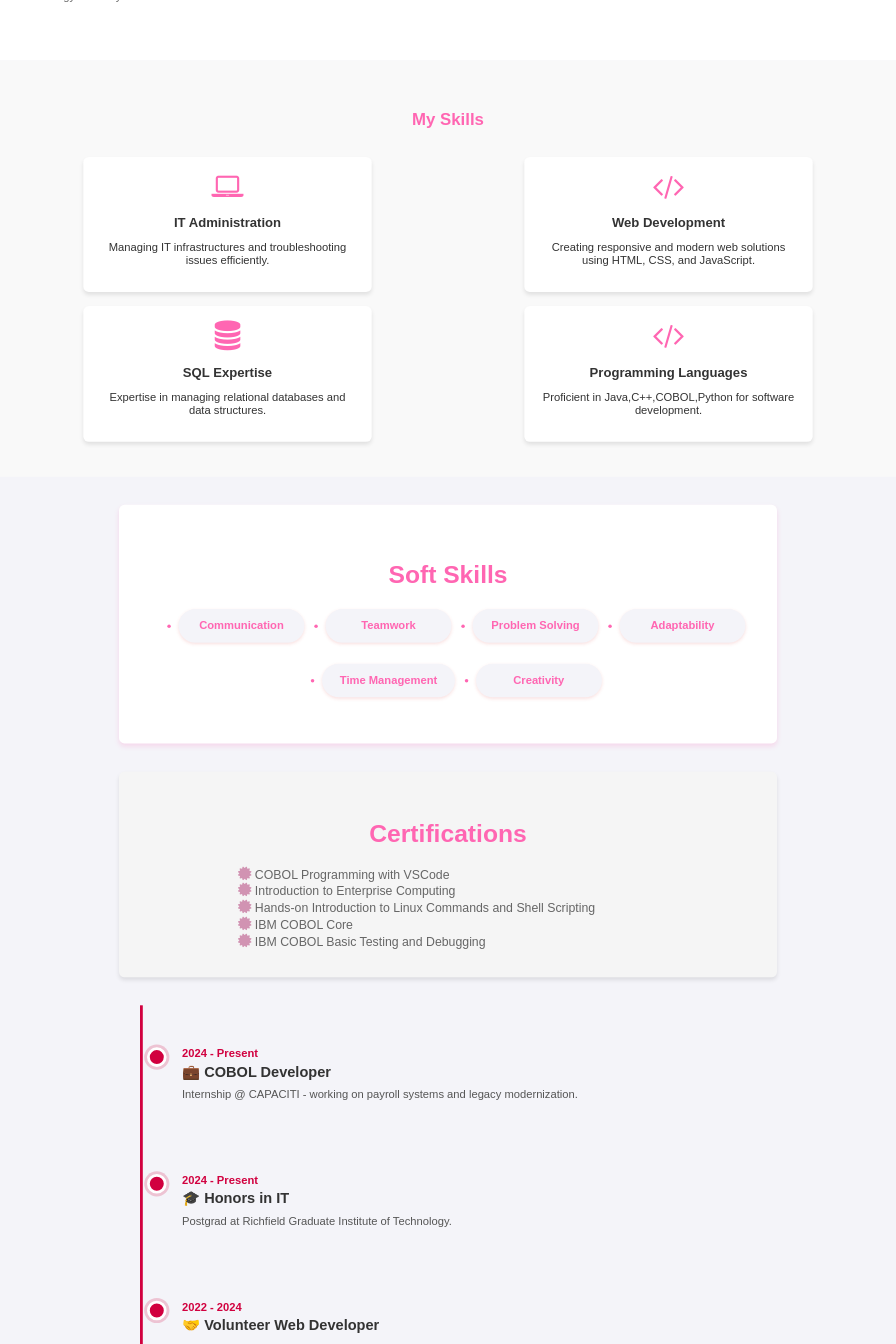
Repository: asandan8106/Asanda-sPortfolio
Page: Portfolio/About.html
These files come from the project's save history. The page is drawn as it stood at one moment and after the next save; the edit follows.
The browser window is 1280 px wide. The pictures show the part of the page from y = 793 to 2713 px (the page is 3413 px tall before and 3005 px after), at 70% of full size.

Above is the page before, as saved 2025-05-19 09:55:38.
Console error: ReferenceError: Typed is not defined

### Portfolio/About.html
<!DOCTYPE html>
<html lang="en">
<head>
    <meta charset="UTF-8">
    <meta name="viewport" content="width=device-width, initial-scale=1.0">
    <title>Portfolio - About</title>
    <link rel="stylesheet" href="https://cdnjs.cloudflare.com/ajax/libs/font-awesome/4.7.0/css/font-awesome.min.css">
       <link rel="stylesheet" href="styles/CSS/about.css" />
</head>
<body>
    <link href="https://fonts.googleapis.com/css2?family=Fira+Code&display=swap" rel="stylesheet">

    <!-- Navigation Bar -->
    <header>
        <nav class="navbar">
            <div class="icon-bar">
                <a href="index.html"><i class="fa fa-home"></i><span>Home</span></a>
                <a href="About.html"><i class="fa fa-user"></i><span>About</span></a>
                <a href="project.html"><i class="fa fa-folder"></i><span>Projects</span></a>
                <a href="contact.html"><i class="fa fa-envelope"></i><span>Contact</span></a>
                <a href="chatbot.html"><i class="fa fa-wechat"></i><span>Chatbot</span></a>
            </div>
        </nav>
    </header>


    <!-- Hero Section -->
    <section class="hero-section">
        <div class="text">
            <h1>Welcome to My About Page</h1>
            <p>Discover more about my journey, skills, and experiences as a dedicated IT professional.</p>
        </div>
        <img src="images/picture.webp" alt="Your Photo">
    </section>

    <!-- About Section -->
    <section class="about-section">
        <div class="content">
            <h2>Profile Summary</h2>
            <p>
               Technology has never been just a job for me—it’s a playground where I get to transform complex challenges into practical solutions that genuinely make life easier. I thrive on crafting systems that aren’t just efficient and reliable but intuitive enough to simplify the everyday for users. A recent project I’m proud of is a payroll system that effortlessly handles everything from salary calculations to tax deductions, freeing businesses from tedious manual work and helping them run smoother. I’m detail-driven but always keep the bigger picture in mind, making sure every piece fits perfectly together—solid in its foundation and seamless in its experience. After all, debugging is just like being a detective in a crime movie where you are also the murderer! It’s this balance that fuels my passion and keeps me motivated to create technology that truly makes a difference.


            </p>
        </div>
        <div class="highlights">
            <h2>Key Highlights</h2>
            <ul>
                <li><i class="fa fa-check-circle"></i>Turning tech headaches into smooth experiences..</li>
                <li><i class="fa fa-check-circle"></i> Built systems that actually make life easier (ask my payroll project)...</li>
                <li><i class="fa fa-check-circle"></i> Tech that works, not just looks good.</li>
            </ul>
        </div>
    </section>

    <!-- Skills Section -->
    <section class="skills-section">
        <h2>My Skills</h2>
        <div class="skills-container">
            <div class="skill-card">
                <div class="icon"><i class="fa fa-laptop"></i></div>
                <h3>IT Administration</h3>
                <p>Managing IT infrastructures and troubleshooting issues efficiently.</p>
            </div>
            <div class="skill-card">
                <div class="icon"><i class="fa fa-code"></i></div>
                <h3>Web Development</h3>
                <p>Creating responsive and modern web solutions using HTML, CSS, and JavaScript.</p>
            </div>
            <div class="skill-card">
                <div class="icon"><i class="fa fa-database"></i></div>
                <h3>SQL Expertise</h3>
                <p>Expertise in managing relational databases and data structures.</p>
            </div>
            <div class="skill-card">
                <div class="icon"><i class="fa fa-code"></i></div>
                <h3>Programming Languages</h3>
                <p>Proficient in Java,C++,COBOL,Python for software development.</p>
            </div>
        </div>
    </section>
<section class="soft-skills-section">
    <h2>Soft Skills</h2>
    <ul class="soft-skills-list">
        <li>Communication</li>
        <li>Teamwork</li>
        <li>Problem Solving</li>
        <li>Adaptability</li>
        <li>Time Management</li>
        <li>Creativity</li>
    </ul>
</section>

<section class="certification-section">
    <h2>Certifications</h2>
    <ul class="certification-list">
        <li><i class="fa fa-certificate"></i>
            <a href="https://www.credly.com/badges/4c66f79b-ba31-44de-8d69-b57a3cbdc68f/linked_in_profile" target="_blank" rel="noopener noreferrer">
                COBOL Programming with VSCode
            </a>
        </li>
        <li><i class="fa fa-certificate"></i>
            <a href="https://www.coursera.org/account/accomplishments/verify/8TMCOO9QFN47" target="_blank" rel="noopener noreferrer">
              Introduction to Enterprise Computing
            </a>
        </li>
        <li><i class="fa fa-certificate"></i>
            <a href="https://www.credly.com/badges/31d8a5a7-f87c-4acf-a509-039343c42ad2/linked_in_profile" target="_blank" rel="noopener noreferrer">
             Hands-on Introduction to Linux Commands and Shell Scripting
            </a>
        </li>
        <li><i class="fa fa-certificate"></i>
            <a href="https://www.coursera.org/account/accomplishments/verify/7HGLX49AV1LQ" target="_blank" rel="noopener noreferrer">
              IBM COBOL Core
            </a>
        </li>
         <li><i class="fa fa-certificate"></i>
            <a href="https://www.coursera.org/account/accomplishments/verify/7KDKOBWAL0O5" target="_blank" rel="noopener noreferrer">
             IBM COBOL Basic Testing and Debugging
            </a>
        </li>
    </ul>
</section>
<!-- <section class="timeline-section">
  <h2>My Timeline</h2>
  <div class="timeline-list">
    <div class="timeline-card">
      <div class="marker"></div>
      <div class="content">
        <h3>💼 COBOL Developer <span>2024–Present</span></h3>
        <p>👨‍💻 Began an internship @ CAPACITI.</p>
      </div>
    </div>

    <div class="timeline-card">
      <div class="marker"></div>
      <div class="content">
        <h3>🎓 Honors in IT <span>2024–Present</span></h3>
        <p>🖥️ Currently advancing my expertise through an Honors degree program focused on Information Technology.</p>
      </div>
    </div>

    <div class="timeline-card">
      <div class="marker"></div>
      <div class="content">
        <h3>🤝 Volunteered at Growth Org <span>2022–2024</span></h3>
        <p>🛠️ Contributed as a web developer and IT support, gaining practical experience in the field.</p>
      </div>
    </div>

    <div class="timeline-card">
      <div class="marker"></div>
      <div class="content">
        <h3>🎓 BSc in IT <span>2021–2024</span></h3>
        <p>🏅 Graduated with a degree from Richfield Institute, focusing on systems engineering and software development.</p>
      </div>
    </div>
  </div>
</section> -->


  <section class="timeline-wrapper">
    <div class="timeline-line"></div>

    <div class="timeline-item">
      <div class="timeline-dot"></div>
      <div class="timeline-date">2024 - Present</div>
      <div class="timeline-title">💼 COBOL Developer</div>
      <div class="timeline-description">Internship @ CAPACITI - working on payroll systems and legacy modernization.</div>
    </div>

    <div class="timeline-item">
      <div class="timeline-dot"></div>
      <div class="timeline-date">2024 - Present</div>
      <div class="timeline-title">🎓 Honors in IT</div>
      <div class="timeline-description">Postgrad at Richfield Graduate Institute of Technology.</div>
    </div>

    <div class="timeline-item">
      <div class="timeline-dot"></div>
      <div class="timeline-date">2022 - 2024</div>
      <div class="timeline-title">🤝 Volunteer Web Developer</div>
      <div class="timeline-description">Contributed IT support and dev for Growth Organization.</div>
    </div>

    <div class="timeline-item">
      <div class="timeline-dot"></div>
      <div class="timeline-date">2021 - 2024</div>
      <div class="timeline-title">🎓 BSc in Information Technology</div>
      <div class="timeline-description">Specialized in Systems Engineering @ Richfield Institute.</div>
    </div>

    <div class="timeline-item">
      <div class="timeline-dot"></div>
      <div class="timeline-date">High School</div>
      <div class="timeline-title">🖥️ First Programming Experience</div>
      <div class="timeline-description">Started with Delphi & learned basic programming concepts.</div>
    </div>
  </section>


    <button id="back-to-top" aria-label="Back to top">
    ↑
</button>


</section>
 <!-- Footer -->
    <footer>
        <p>&copy; 2024 Asanda Ngwenya. All Rights Reserved.</p>
        <p>Connect with me on
            <a href="https://www.linkedin.com/" target="_blank">LinkedIn</a>,
            <a href="https://twitter.com/" target="_blank">Twitter</a>, and
            <a href="https://www.instagram.com/" target="_blank">Instagram</a>.
        </p>
    </footer>
        <script src="Javascript/animation.js"></script>
</body>
</html>

### Portfolio/styles/CSS/about.css
body {
    font-family: 'Arial', sans-serif;
    margin: 0;
    padding: 0;
    color: #333;
    background-color: #f4f4f9;
}

h1, h2 {
    color: #ff66b2;
}

a {
    text-decoration: none;
}

/* Navigation Bar */
.navbar {
    display: flex;
    justify-content: center;
    align-items: center;
    background: #fff;
    position: fixed;
    top: 0;
    width: 100%;
    height: 60px;
    z-index: 100;
    box-shadow: 0px 2px 10px rgba(0, 0, 0, 0.5);
}

.navbar .icon-bar {
    display: flex;
    gap: 25px;
}

.navbar .icon-bar a {
    text-decoration: none;
    color: rgba(0, 0, 0, 0.5);
    font-size: 18px;
    font-weight: bold;
    display: flex;
    align-items: center;
    transition: color 0.3s, background 0.3s;
    padding: 8px 15px;
    border-radius: 5px;
}

.navbar .icon-bar a i {
    margin-right: 8px;
}

.navbar .icon-bar a:hover {
    color: #d62828;
    background: rgba(255, 255, 255, 0.2);
}

.navbar .icon-bar a span {
    display: inline-block;
}

.navbar-right a:hover {
    color: #ff66b2;
}

/* Hero Section */
.hero-section {
    display: flex;
    justify-content: center;
    align-items: center;
    background: url('https://via.placeholder.com/1500x500') no-repeat center center/cover;
    color: white;
    padding: 100px 20px;
}

.hero-section .text {
    text-align: center;
    margin-right: 30px;
}

.hero-section h1 {
    font-size: 48px;
    margin-bottom: 20px;
    animation: fadeIn 1s ease-out;
}

.hero-section p {
    font-size: 20px;
    line-height: 1.6;
    max-width: 800px;
    margin: 0 auto;
    animation: fadeIn 1.5s ease-out;
    color: #333;
}

.hero-section img {
    border-radius: 50%;
    width: 150px;
    height: 150px;
    object-fit: cover;
    border: 4px solid #ff66b2;
}

/* About Section */
.about-section {
    display: flex;
    flex-wrap: wrap;
    justify-content: space-around;
    padding: 50px 20px;
    background-color: white;
    animation: fadeIn 2s ease-out;
}

.about-section .content, .about-section .highlights {
    flex: 1 1 45%;
    margin: 10px;
}

.about-section .content h2, .about-section .highlights h2 {
    margin-bottom: 20px;
}

.about-section .content p {
    color: #666;
    line-height: 1.8;
}

.about-section .highlights ul {
    list-style: none;
    padding: 0;
}

.about-section .highlights ul li {
    margin: 10px 0;
    color: #666;
}

.about-section .highlights ul li i {
    color: #ff66b2;
    margin-right: 10px;
}

/* Skills Section */
.skills-section {
    padding: 50px 20px;
    background-color: #f9f9f9;
    text-align: center;
}

.skills-section h2 {
    margin-bottom: 40px;
    animation: fadeIn 2s ease-out;
}

.skills-container {
    display: flex;
    justify-content: space-around;
    flex-wrap: wrap;
    gap: 20px;
}

.skill-card {
    background-color: white;
    padding: 20px;
    border-radius: 8px;
    box-shadow: 0 4px 6px rgba(0, 0, 0, 0.1);
    transition: transform 0.3s ease, box-shadow 0.3s ease;
    width: 30%;
    animation: fadeIn 2.5s ease-out;
}

.skill-card:hover {
    transform: translateY(-10px);
    box-shadow: 0 8px 15px rgba(0, 0, 0, 0.2);
}

.skill-card .icon {
    font-size: 40px;
    color: #ff66b2;
    margin-bottom: 15px;
    animation: iconBounce 1s infinite ease-in-out;
}

.skill-card h3 {
    margin-bottom: 10px;
}

/* Soft Skills Section */
.soft-skills-section {
    padding: 50px 20px;
    background-color: #fff;
    max-width: 900px;
    margin: 40px auto;
    border-radius: 8px;
    box-shadow: 0 4px 8px rgba(255, 102, 178, 0.2);
    color: #333;
    text-align: center;
}

.soft-skills-section h2 {
    color: #ff66b2;
    font-size: 2.2rem;
    margin-bottom: 30px;
    font-weight: bold;
    font-family: 'Arial', sans-serif;
}

.soft-skills-list {
    display: flex;
    flex-wrap: wrap;
    justify-content: center;
    gap: 30px;
}

.soft-skills-list li {
    background-color: #f4f4f9;
    padding: 15px 25px;
    border-radius: 25px;
    font-weight: 600;
    color: #ff66b2;
    box-shadow: 0 2px 5px rgba(214, 40, 40, 0.15);
    min-width: 130px;
    transition: background-color 0.3s ease, color 0.3s ease;
    cursor: default;
}

.soft-skills-list li:hover {
    background-color: #ff66b2;
    color: white;
    box-shadow: 0 4px 12px rgba(255, 102, 178, 0.6);
}

/* Certification Section */
.certification-section {
    padding: 40px 20px;
    background-color: #f5f5f5;
    color: #333;
    max-width: 900px;
    margin: 40px auto;
    border-radius: 8px;
    box-shadow: 0 4px 6px rgba(0, 0, 0, 0.1);
}

.certification-section h2 {
    text-align: center;
    margin-bottom: 25px;
    color: #ff66b2;
    font-size: 2.2rem;
    font-weight: bold;
    font-family: 'Arial', sans-serif;
}

.certification-list {
    list-style: none;
    padding-left: 0;
    font-size: 1.1rem;
    max-width: 600px;
    margin: 0 auto;
}

.certification-list li i {
    color: #d193b2;
    font-size: 1.4rem;
}

.certification-list a {
    color: #666;
    text-decoration: none;
    font-weight: 500;
    transition: color 0.3s ease;
}

/* Timeline Section */
.timeline-wrapper {
  max-width: 900px;
  margin: 0 auto;
  padding: 60px 20px;
  position: relative;
}

.timeline-line {
  position: absolute;
  top: 0;
  bottom: 0;
  left: 30px;
  width: 4px;
  background: #d1003f;
}

.timeline-item {
  position: relative;
  margin-bottom: 100px;
  padding-left: 70px;
}

.timeline-dot {
  position: absolute;
  top: 0;
  left: 20px;
  width: 20px;
  height: 20px;
  background: #d1003f;
  border-radius: 50%;
  border: 4px solid #fff;
  box-shadow: 0 0 0 4px #d1003f33;
}

.timeline-date {
  font-weight: bold;
  color: #d1003f;
  margin-bottom: 5px;
  font-size: 1rem;
}

.timeline-title {
  font-size: 1.3rem;
  font-weight: 600;
  margin-bottom: 8px;
}

.timeline-description {
  font-size: 1rem;
  color: #555;
  line-height: 1.6;
}

@media screen and (max-width: 600px) {
  .timeline-item {
    padding-left: 60px;
  }

  .timeline-title {
    font-size: 1.1rem;
  }

  .timeline-description {
    font-size: 0.95rem;
  }
}



/* Footer */
footer {
    background-color: #333;
    color: white;
    padding: 30px 20px;
    text-align: center;
    margin-top: 50px;
}

footer p {
    margin: 5px 0;
}

footer a {
    color: #f06292;
    text-decoration: none;
    font-weight: bold;
}

footer a:hover {
    text-decoration: underline;
}

/* Back to Top */
#back-to-top {
    position: fixed;
    bottom: 30px;
    right: 30px;
    background-color: #ff66b2;
    color: white;
    border: none;
    padding: 12px 16px;
    border-radius: 50%;
    font-size: 20px;
    cursor: pointer;
    box-shadow: 0 4px 8px rgba(255, 102, 178, 0.4);
    display: none;
    z-index: 200;
    transition: background-color 0.3s ease;
}

#back-to-top:hover {
    background-color: #d62828;
}

/* Animations */
@keyframes fadeIn {
    from {
        opacity: 0;
        transform: translateY(20px);
    }
    to {
        opacity: 1;
        transform: translateY(0);
    }
}

@keyframes slideIn {
    from {
        opacity: 0;
        transform: translateX(-100%);
    }
    to {
        opacity: 1;
        transform: translateX(0);
    }
}

@keyframes iconBounce {
    0%, 100% {
        transform: scale(1);
    }
    50% {
        transform: scale(1.2);
    }
}

### Portfolio/Javascript/animation.js
document.addEventListener("DOMContentLoaded", () => {
    const options = {
   strings: [
    "I am <span class='name'>Asanda</span> Ngwenya",
    "A Software <span class='name'>Developer</span>",
    "I turn caffeine<span class='name'> into</span> code",
    "And bugs <span class='name'>into </span> features",
    "Let's create <span class='name'>something  </span>  amazing together!"
],

        typeSpeed: 50,
        backSpeed: 50,
        backDelay: 2000,
        loop: true // Keeps looping through the phrases
    };

    new Typed(".typing-effect", options);
});

const backToTopButton = document.getElementById('back-to-top');

window.addEventListener('scroll', () => {
  if (window.scrollY > 300) {
    backToTopButton.style.display = 'block';
  } else {
    backToTopButton.style.display = 'none';
  }
});

backToTopButton.addEventListener('click', () => {
  window.scrollTo({ top: 0, behavior: 'smooth' });
});

const faders = document.querySelectorAll('.fade-in-section');

const appearOptions = {
  threshold: 0.1,
  rootMargin: "0px 0px -50px 0px"
};

const appearOnScroll = new IntersectionObserver((entries, appearOnScroll) => {
  entries.forEach(entry => {
    if (entry.isIntersecting) {
      entry.target.classList.add('is-visible');
      appearOnScroll.unobserve(entry.target);
    }
  });
}, appearOptions);

faders.forEach(fader => {
  appearOnScroll.observe(fader);
});

After the next save:
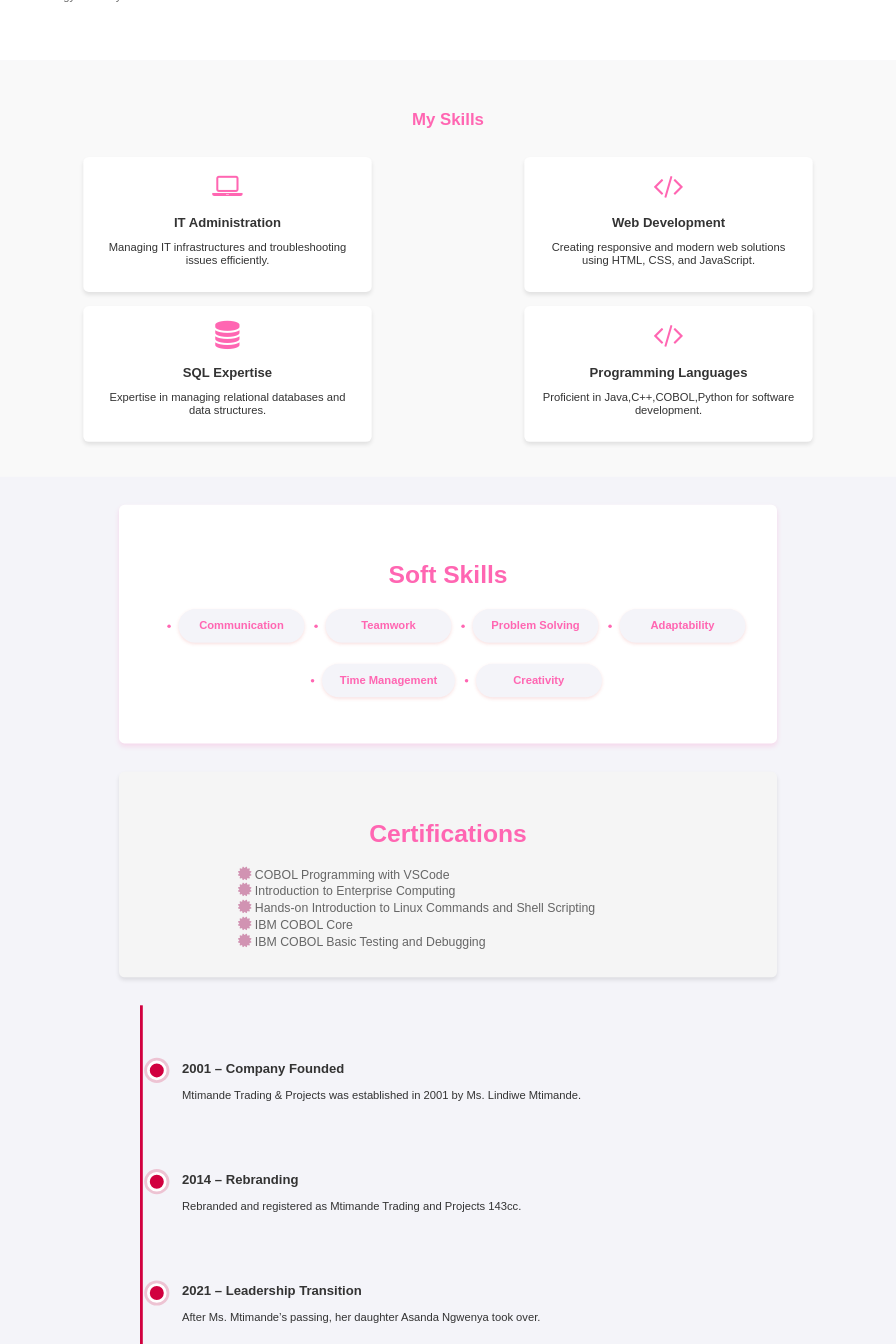
Saved 2 min 42 s later.
--- a/Portfolio/About.html
+++ b/Portfolio/About.html
@@ -159,44 +159,33 @@
 </section> -->
 
 
-  <section class="timeline-wrapper">
+   <div class="timeline-wrapper">
     <div class="timeline-line"></div>
 
     <div class="timeline-item">
       <div class="timeline-dot"></div>
-      <div class="timeline-date">2024 - Present</div>
-      <div class="timeline-title">💼 COBOL Developer</div>
-      <div class="timeline-description">Internship @ CAPACITI - working on payroll systems and legacy modernization.</div>
+      <div class="timeline-card">
+        <h3>2001 – Company Founded</h3>
+        <p>Mtimande Trading & Projects was established in 2001 by Ms. Lindiwe Mtimande.</p>
+      </div>
     </div>
 
     <div class="timeline-item">
       <div class="timeline-dot"></div>
-      <div class="timeline-date">2024 - Present</div>
-      <div class="timeline-title">🎓 Honors in IT</div>
-      <div class="timeline-description">Postgrad at Richfield Graduate Institute of Technology.</div>
+      <div class="timeline-card">
+        <h3>2014 – Rebranding</h3>
+        <p>Rebranded and registered as Mtimande Trading and Projects 143cc.</p>
+      </div>
     </div>
 
     <div class="timeline-item">
       <div class="timeline-dot"></div>
-      <div class="timeline-date">2022 - 2024</div>
-      <div class="timeline-title">🤝 Volunteer Web Developer</div>
-      <div class="timeline-description">Contributed IT support and dev for Growth Organization.</div>
-    </div>
-
-    <div class="timeline-item">
-      <div class="timeline-dot"></div>
-      <div class="timeline-date">2021 - 2024</div>
-      <div class="timeline-title">🎓 BSc in Information Technology</div>
-      <div class="timeline-description">Specialized in Systems Engineering @ Richfield Institute.</div>
-    </div>
-
-    <div class="timeline-item">
-      <div class="timeline-dot"></div>
-      <div class="timeline-date">High School</div>
-      <div class="timeline-title">🖥️ First Programming Experience</div>
-      <div class="timeline-description">Started with Delphi & learned basic programming concepts.</div>
-    </div>
-  </section>
+      <div class="timeline-card">
+        <h3>2021 – Leadership Transition</h3>
+        <p>After Ms. Mtimande’s passing, her daughter Asanda Ngwenya took over.</p>
+      </div>
+    </div>
+  </div>
 
 
     <button id="back-to-top" aria-label="Back to top">
